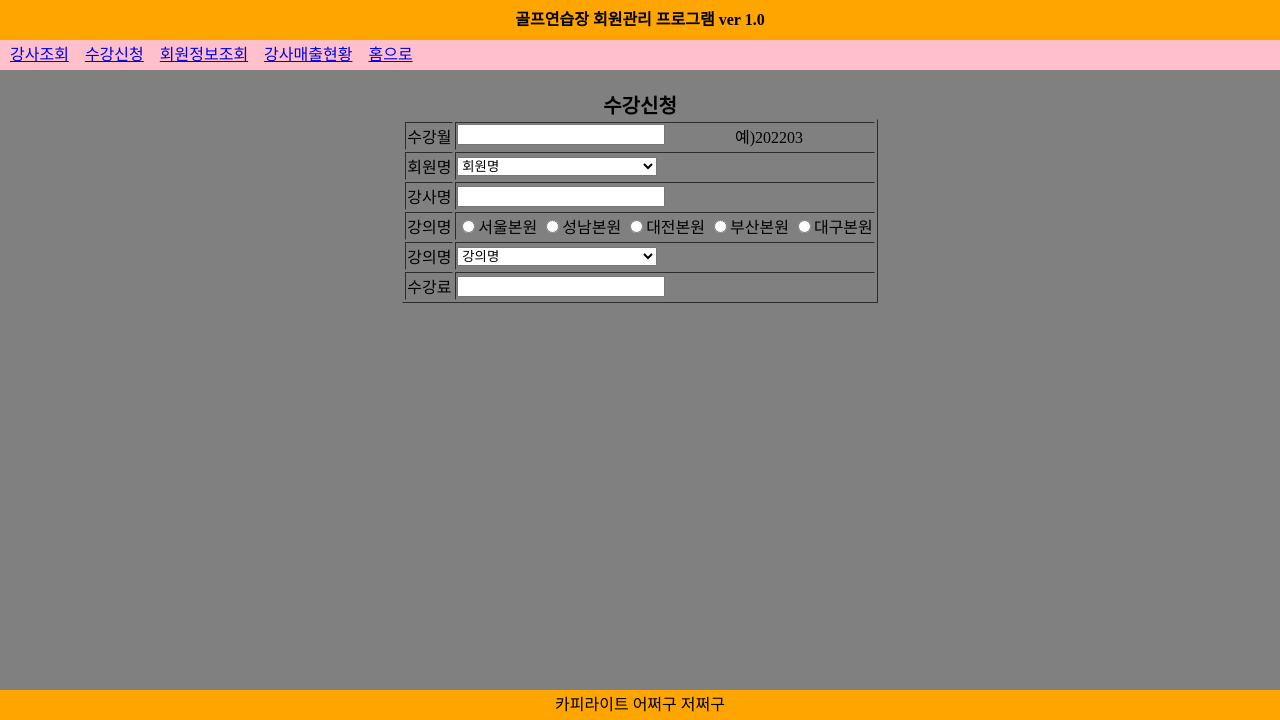
Repository: wjdwlgns1101/school_hrd
Page: http://localhost/hrd_30111_1_/insert.jsp
An editor plug-in stored every save of this project. The page is shown before and after the next save, followed by the edit.
The browser window is 1280 px wide. The pictures show the whole page.
The page is served by Tomcat 9. The database holds what the project's SQL file puts in it.

Above is the page before, as saved 2024-05-12 09:31:42.

### hrd_30111_(1)/hrd_30111(1)/src/main/webapp/insert.jsp
<%@ include file="db.jsp" %>
<%@ page language="java" contentType="text/html; charset=UTF-8"
    pageEncoding="UTF-8"%>
<!DOCTYPE html>
<html>
<head>
<meta charset="UTF-8">
<title>Insert title here</title>
</head>
<body>
<jsp:include page="header.jsp"></jsp:include>
<section style="position: fixed; background-color: gray; top: 70px; text-align: center; left: 0; width: 100%; height: 100%; padding-top: 20px;">
<b style="font-size: 20px;">수강신청</b>
<form method="post" action="t_list.jsp" name="frm" style="display: flex; align-items: center; justify-content: center;">

<table border="1">
<tr>
	<td style="text-align: center;"> 수강월 </td>
	<td> <input type="text" name="resist_month" style="width: 200px; float: left; "> 예)202203  </td>
</tr>
<tr>
	<td style="text-align: center; "> 회원명 </td>
	<td><select name="c_name" style="width: 200px; float: left;">
		<option value=""> 회원명 </option>
		<%
			String member_sql ="select c_name from TBL_MEMBER_202201";
			PreparedStatement pstmt1 = conn.prepareStatement(member_sql);
			ResultSet rs1 = pstmt1.executeQuery();

			while(rs1.next()){
				out.print("<option value =" + rs1.getString("c_name") + ">" + rs1.getString("c_name") + "</option>");
			}
		%>

	</select>
	</td>
</tr>
<tr>
	<td style="text-align: center;"> 강사명 </td>
	<td><input type="text" name="c_no" style="width: 200px; float: left;"></td>
</tr>
<tr>
	<td style="text-align: center;"> 강의명 </td>
	<td>
		<input type="radio" name="class_ares">서울본원</input>
		<input type="radio" name="class_ares">성남본원</input>
		<input type="radio" name="class_ares">대전본원</input>
		<input type="radio" name="class_ares">부산본원</input>
		<input type="radio" name="class_ares">대구본원</input>
</tr>
<tr>
	<td style="text-align: center;"> 강의명 </td>
	<td><select name="class_name" style="width: 200px; float: left;">
		<option value=""> 강의명 </option>
		<%
			String class_name_sql ="select class_name from TBL_TEACHER_202201";
			PreparedStatement pstmt2 = conn.prepareStatement(class_name_sql);
			ResultSet rs2 = pstmt2.executeQuery();

			while(rs2.next()){
				out.print("<option value =" + rs2.getString("class_name") + ">" + rs2.getString("class_name") + "</option>");
			}
		%>

	</select>


	</td>
</tr>

<tr>
	<td style="text-align: center;"> 수강료 </td>
	<td><input type="text" name="class_price" style="width: 200px; float: left;"></td>


</tr>



</table>
</form>
</section>

<jsp:include page="footer.jsp"></jsp:include>
</body>
</html>

### hrd_30111_(1)/hrd_30111(1)/src/main/webapp/db.jsp
<%@ page language="java" contentType="text/html; charset=UTF-8"
    pageEncoding="UTF-8"%>
<%@ page import="java.sql.*" %>

<%
Connection conn = null;
try{
    Class.forName("com.mysql.cj.jdbc.Driver");
    conn = DriverManager.getConnection("jdbc:mysql://localhost:3307/school_db","root","user1101");

}
catch(Exception e){
    e.printStackTrace();
}

%>

### hrd_30111_(1)/hrd_30111(1)/src/main/webapp/header.jsp
<%@ page language="java" contentType="text/html; charset=UTF-8"
    pageEncoding="UTF-8"%>
<!DOCTYPE html>
<html>
<head>
<meta charset="UTF-8">
<title>Insert title here</title>
</head>
<body>
<header style="position: fixed; background-color: orange; width: 100%; height: 40px; padding: 0; left: 0; top: 0; text-align: center; line-height: 40px;'">
	<b>골프연습장 회원관리 프로그램 ver 1.0</b>

<nav style="background-color: pink; text-align: left; padding-left: 10px; height: 30px; line-height: 30px;" >

	<a href="t_list.jsp">강사조회</a> &nbsp;&nbsp;
	<a href="insert.jsp">수강신청</a> &nbsp;&nbsp;
	<a href="#">회원정보조회</a> &nbsp;&nbsp;
	<a href="#">강사매출현황</a> &nbsp;&nbsp;
	<a href="index.jsp">홈으로</a>

</nav>

</header>


</body>
</html>

### hrd_30111_(1)/hrd_30111(1)/src/main/webapp/footer.jsp
<%@ page language="java" contentType="text/html; charset=UTF-8"
    pageEncoding="UTF-8"%>
<!DOCTYPE html>
<html>
<head>
<meta charset="UTF-8">
<title>Insert title here</title>
</head>
<body>
<footer style="position: fixed; background-color: orange; width: 100%; height: 30px; left: 0; bottom: 0; text-align: center; line-height: 30px;">
	카피라이트 어쩌구 저쩌구
</footer>
</body>
</html>

### hrd_30111_(1)/hrd_30111(1)/src/main/webapp/db.sql (the tables this page reads)
CREATE TABLE TBL_MEMBER_202201(
	c_no char(5) not null,
	c_name varchar(15),
	phone varchar(11),
	address varchar(50),
	grade varchar(6),
	primary key(c_no)
);

INSERT INTO TBL_MEMBER_202201 VALUES('10001', '홍길동', '01011112222', '서울시 강남구', '일반');

INSERT INTO TBL_MEMBER_202201 VALUES('10002', '장발장', '01022223333', '성남시 분당구', '일반');

INSERT INTO TBL_MEMBER_202201 VALUES('10003', '임꺽정', '01033334444', '대전시 유성구', '일반');

INSERT INTO TBL_MEMBER_202201 VALUES('10004', '성춘향', '01044445555', '부산시 서구', 'VIP');

INSERT INTO TBL_MEMBER_202201 VALUES('10005', '이몽룡', '01055556666', '대구시 북구', 'VIP');

CREATE TABLE TBL_TEACHER_202201(
	teacher_code char(3) not null,
	teacher_name varchar(15),
	class_name varchar(20),
	class_price int(8),
	teach_resist_date varchar(8),
	primary key(teacher_code)
);

INSERT INTO TBL_TEACHER_202201 VALUES('100', '이초급', '초급반', 100000, '20220101');

INSERT INTO TBL_TEACHER_202201 VALUES('200', '김중급', '중급반', 200000, '20220102');

INSERT INTO TBL_TEACHER_202201 VALUES('300', '박고급', '고급반', 300000, '20220103');

INSERT INTO TBL_TEACHER_202201 VALUES('400', '청심화', '심화반', 400000, '20220104');

After the next save:
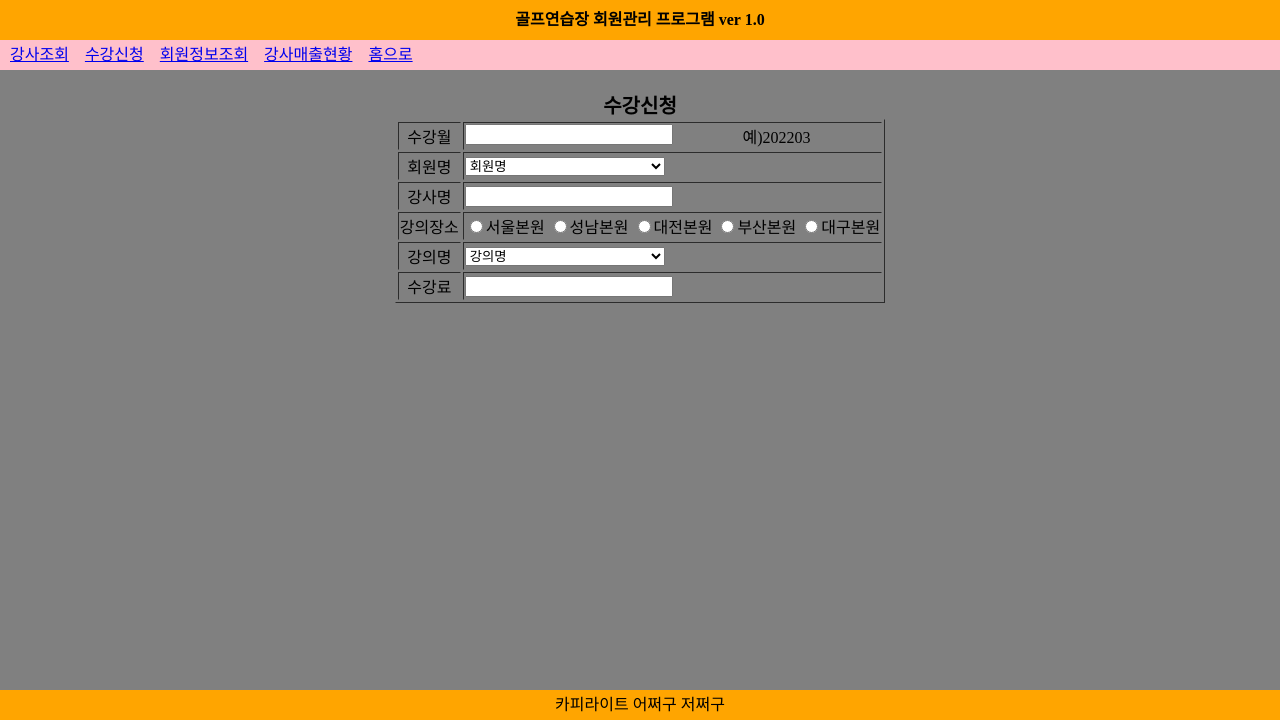
Saved 2 min 47 s later.
--- a/hrd_30111_(1)/hrd_30111(1)/src/main/webapp/insert.jsp
+++ b/hrd_30111_(1)/hrd_30111(1)/src/main/webapp/insert.jsp
@@ -40,7 +40,7 @@
 	<td><input type="text" name="c_no" style="width: 200px; float: left;"></td>
 </tr>
 <tr>
-	<td style="text-align: center;"> 강의명 </td>
+	<td style="text-align: center;"> 강의장소 </td>
 	<td>
 		<input type="radio" name="class_ares">서울본원</input>
 		<input type="radio" name="class_ares">성남본원</input>
